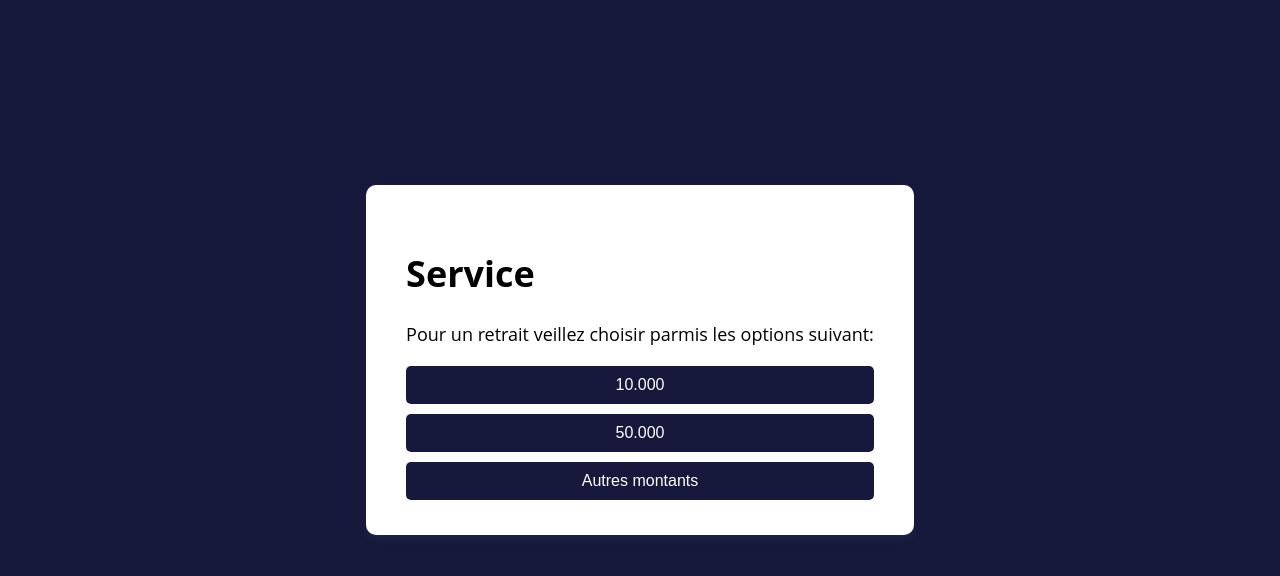
Repository: ndiawar/ProjetGab
Page: retrait.html
These files come from the project's save history. The page is drawn as it stood at one moment and after the next save; the edit follows.
The browser window is 1280 px wide. The pictures show the whole page.

Above is the page before, as saved 2024-08-08 00:16:58.

### retrait.html
<!DOCTYPE html>
<html lang="fr">
<head>
    <meta charset="UTF-8">
    <meta name="viewport" content="width=device-width, initial-scale=1.0">
    <link rel="stylesheet" href="style.css">
    <title>Page de Gestion</title>
</head>
<body>
    <div class="container">
        <h1 id="service">Service</h1>
        <p id="welcome-message">Pour un retrait veillez choisir parmis les options suivant:</p>
        <button class="button">10.000</button>
        <button class="button">50.000</button>
        <button class="button">Autres montants</button>
    </div>
</body>
</html>

### style.css
:root {
    /* Définition des couleurs de base */
    --blue-sky-1: #16193B; /* Bleu nuit */
    --blue-sky-2: #35478C; /* Bleu foncé */
    --blue-sky-3: #4E7AC7; /* Bleu vif */
    --blue-sky-4: #7FB2F0; /* Bleu clair */
    --blue-sky-5: #ADD5F7; /* Bleu très clair */
    --Noir-6: #000000; /* Noir */
    --White-7: #ffffff; /* Blanc */

    /* Utilisation des couleurs pour différents éléments */
    --color-title: var(--blue-sky-1); /* Couleur pour les titres */
    --color-subtitle: var(--blue-sky-3); /* Couleur pour les sous-titres */
    --color-paragraph: var(--blue-sky-2); /* Couleur pour les paragraphes */
    --color-border: var(--blue-sky-4); /* Couleur pour les bordures */
    --color-backgroundFoncé: var(--blue-sky-1); /* Couleur de fond foncée */
    --color-background: var(--blue-sky-5); /* Couleur de fond général */
    --color-text: var(--Noir-6); /* Couleur pour le texte de fond */
    --color-white: var(--White-7); /* Couleur blanche pour le texte de fond d'une balise */

    /* Polices */
    --font-title: 'Montserrat', sans-serif;
    --font-text: 'Open Sans', sans-serif;
    --font-subtitle: 'Roboto', sans-serif;

    /* Taille de police standard et poids */
    --font-size-normal: 18px; /* Taille de police standard pour le texte */
    --font-size-title: 32px; /* Taille de police pour les grands titres */
    --font-size-subtitle: 25px; /* Taille de police pour les sous-titres */
    --font-weight-normal: 450; /* Poids normal de la police */
    --font-weight-bold: 750; /* Poids en gras */
}


/*Initialisation de notre body pour supprimer les marges et choix du type de police pour notre site*/


/*Initialisation de notre body pour supprimer les marges et choix du type de police pour notre site*/
* {
  box-sizing: border-box;
}

/* Style global pour le corps de la page */
body, html {
    margin: 0;
    padding: 0;
    color: var(--color-text);
    font-family: var(--font-text);
    font-size: var(--font-size-normal);
    font-weight: var(--font-weight-normal);
    overflow-x: hidden;
    height: 100%;
    display: flex;
    align-items: center;
    justify-content: center;
    background-color: var(--color-backgroundFoncé);
}

/* Conteneur principal de la page de connexion */
.login-container {
    display: flex;
    width: 100%;
    max-width: 900px;
    height: 500px;
    background-color: var(--color-white);
    box-shadow: 0 4px 8px rgba(101, 150, 214, 0.1);
    border-radius: 10px;
    overflow: hidden;
}

/* Style pour la section du formulaire de connexion */
.login-form {
    flex: 1;
    padding: 40px;
    background-color: var(--color-white);
    display: flex;
    flex-direction: column;
    justify-content: center;
}

/* Style pour les titres et formulaires dans la section de connexion */
.login-form h2 {
    margin-bottom: 20px;
    color: var(--color-title);
    font-size: var(--font-size-title);
    font-family: var(--font-title);
    font-weight: var(--font-weight-bold);
    padding: 5px 0 60px 50px;
}

.form-group {
    margin-bottom: 15px;
    font-size: var(--font-subtitle);
    font-weight: var(--font-weight-normal);
    font-family: var(--font-text);
    color: var(--color-title);
}

.form-group label {
    display: block;
    margin-bottom: 5px;
    color: var(--color-title);
}

.form-group input {
    width: 100%;
    padding: 10px;
    border: 1px solid var(--color-title);
    border-radius: 5px;
    font-size: 16px;
    box-sizing: border-box;
}

button {
    width: 100%;
    padding: 10px;
    background-color: var(--color-backgroundFoncé);
    color: var(--color-white);
    border: none;
    border-radius: 5px;
    font-size: 16px;
    cursor: pointer;
    transition: background-color 0.3s ease;
}

button:hover {
    background-color: var(--color-border);
}

/* Style pour la section de bienvenue avec le logo */
.welcome-section {
    flex: 1;
    display: flex;
    align-items: center;
    justify-content: center;
    color: var(--color-backgroundFoncé);
}

.welcome-content {
    text-align: center;
    padding: 20px;
}

.logo {
    width: 350px;
    height: 350px;
    margin-bottom: 20px;
}

.welcome-section h1 {
    margin: 0 0 10px;
    font-size: 36px;
}

.welcome-section p {
    font-size: 18px;
    margin: 0;
}

/* Style pour le conteneur principal de gestion */
.container {
    background-color: var(--color-white);
    border-radius: 10px; /* Assurez-vous qu'il correspond à .login-container */
    box-shadow: 0 4px 8px rgba(101, 150, 214, 0.1); /* Utilisez le même box-shadow que .login-container */
    padding: 40px; /* Assurez-vous que le padding est le même pour le confort */
    max-width: 900px; /* Assurez-vous qu'il correspond à max-width de .login-container */
    height: 350px; /* Assurez-vous qu'il correspond à height de .login-container */
    width: 100%;
    margin: 0 auto; /* Centrer le conteneur */
}

.service {
    font-size: 24px;
    margin-bottom: 10px;
    color: var(black);
    text-align: center;
  }

h1.bienvenue {
    font-size: 24px;
    margin-bottom: 10px;
    color: var(--color-title); /* Utilisez la variable de couleur définie */
}

p.welcome-message {
    font-size: 18px;
    margin-bottom: 20px;
    color: var(--color-title); /* Utilisez la variable de couleur définie */
}

.service {
  font-size: 24px;
  margin-bottom: 10px;
  color: var(black);
  text-align: center;
}
#welcome-message {
  font-size: 18px;
  margin-bottom: 20px;
  color: var(black);
}
.button {
  display: block;
  width: 100%;
  padding: 10px;
  margin: 10px 0;
  font-size: 16px;
  text-align: center;
  border: none;
  border-radius: 5px;
  cursor: pointer;
  transition: background-color 0.3s;
  background-color: var(--color-backgroundFoncé);
}
.button:hover {
  background-color: var(--color-border);
}
/*Fin Partie Etienne*/

### script.js
//Déclaration du tableau utilisateurs avec des valeurs d'objets
const utilisateurs = [
    { idCard: '1001', mdp: '51234', etatCmpt: false, nom: 'Dupont', prenom: 'Jean' },
    { idCard: '1002', mdp: '95678', etatCmpt: false, nom: 'Martin', prenom: 'Marie' },
    { idCard: '1003', mdp: '45637', etatCmpt: false, nom: 'Durand', prenom: 'Pierre' },
    { idCard: '1004', mdp: '98712', etatCmpt: false, nom: 'Leroy', prenom: 'Luc' },
    { idCard: '1005', mdp: '45632', etatCmpt: false, nom: 'Moreau', prenom: 'Sophie' },
    { idCard: '1006', mdp: '54832', etatCmpt: false, nom: 'Simon', prenom: 'Laura' },
    { idCard: '1007', mdp: '12345', etatCmpt: false, nom: 'Lambert', prenom: 'Alex' },
    { idCard: '1008', mdp: '67890', etatCmpt: false, nom: 'Garcia', prenom: 'Elena' },
    { idCard: '1009', mdp: '11223', etatCmpt: false, nom: 'Bernard', prenom: 'Nicolas' },
    { idCard: '1010', mdp: '44556', etatCmpt: false, nom: 'Petit', prenom: 'Lucie' }
];

//Sauvegarder les données initials de l'utilisateur dans localStorage si ce n'est pas déja fait
if (!localStorage.getItem('utilisateurs')) {
    localStorage.setItem('utilisateurs', JSON.stringify(utilisateurs));
}

//Déclaration de variable pour enregister le nombre maximum de tentative
//et une variable pour mettre dans le local storage si l'utilisateur est bloqué aprés trois tentative
const maxAttempts = 3;
const userAttempts = JSON.parse(localStorage.getItem('userAttempts')) || {};

// Charge les données de l'utilisateur depuis le LocalStorage
let storedUsers = JSON.parse(localStorage.getItem('utilisateurs')) || [];
//On recupère lesélément id du formulaire pour interagir avec l'événement
//Récupére id du paragraphe pour afficher les msg d'rreurs
const loginForm = document.getElementById('loginForm');
const errorMessage = document.getElementById('errorMessage');
// Lafonction qui lance l'événement connexion
loginForm.addEventListener('submit', function(event) {
    event.preventDefault();
//On recupère les valeurs saisient par les utilisateurs
    const identifiant = document.getElementById('identifiant').value;
    const password = document.getElementById('password').value;
//On recherche l'utilisateur dans le store qui enregistre notre tableau
//Pour le vérifier ensuite avec l'information que l'utilisateur à saisie "identifiant"
    const utilisateur = storedUsers.find(u => u.idCard === identifiant);

    if (!utilisateur) {
        errorMessage.textContent = "Identifiant de carte introuvable,Veuillez réessayer.";
        errorMessage.style.display = "block";
        return;
    }

    if (utilisateur.etatCmpt) {
        errorMessage.textContent = "Compte bloqué. Veuillez contacter votre banque.";
        errorMessage.style.display = "block";
        return;
    }

    if (!userAttempts[identifiant]) {
        userAttempts[identifiant] = 0;
    }

    if (utilisateur.mdp !== password) {
        userAttempts[identifiant]++;
        if (userAttempts[identifiant] >= maxAttempts) {
            utilisateur.etatCmpt = true;
            localStorage.setItem('utilisateurs', JSON.stringify(storedUsers));
            errorMessage.textContent = "Compte bloqué après trois tentatives échouées.";
            errorMessage.style.display = "block";
        } else {
            localStorage.setItem('userAttempts', JSON.stringify(userAttempts));
            errorMessage.textContent = `Mot de passe incorrect. Tentative ${userAttempts[identifiant]} sur ${maxAttempts}.`;
            errorMessage.style.display = "block";
        }
        return;
    }

    userAttempts[identifiant] = 0; // Réinitialise les tentatives
    localStorage.setItem('userAttempts', JSON.stringify(userAttempts));
    alert(`Authentification réussie! Bienvenue, ${utilisateur.prenom} ${utilisateur.nom}.`);
    errorMessage.style.display = "none";
    window.location.href = './bienvenue.html'; // Redirection vers la page bienvenue
});

After the next save:
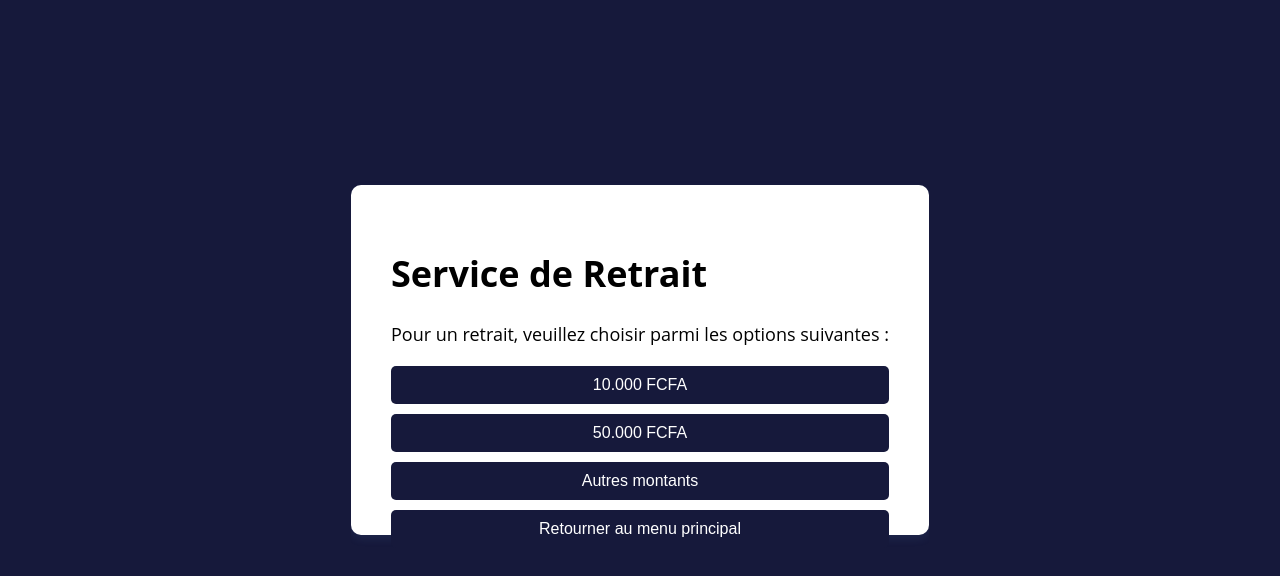
Console error: TypeError: Cannot read properties of null (reading 'addEventListener')
Saved 4 min 41 s later.
--- a/retrait.html
+++ b/retrait.html
@@ -4,15 +4,18 @@
     <meta charset="UTF-8">
     <meta name="viewport" content="width=device-width, initial-scale=1.0">
     <link rel="stylesheet" href="style.css">
-    <title>Page de Gestion</title>
+    <title>Retrait</title>
 </head>
 <body>
     <div class="container">
-        <h1 id="service">Service</h1>
-        <p id="welcome-message">Pour un retrait veillez choisir parmis les options suivant:</p>
-        <button class="button">10.000</button>
-        <button class="button">50.000</button>
-        <button class="button">Autres montants</button>
+        <h1 id="service">Service de Retrait</h1>
+        <p id="welcome-message">Pour un retrait, veuillez choisir parmi les options suivantes :</p>
+        <button class="button retrait-option" data-amount="10000">10.000 FCFA</button>
+        <button class="button retrait-option" data-amount="50000">50.000 FCFA</button>
+        <button class="button" id="autreMontant">Autres montants</button>
+        <button class="button" id="retourButton">Retourner au menu principal</button>
+        <p id="retraitMessage" class="retrait-message"></p>
     </div>
+    <script src="script.js"></script>
 </body>
 </html>
